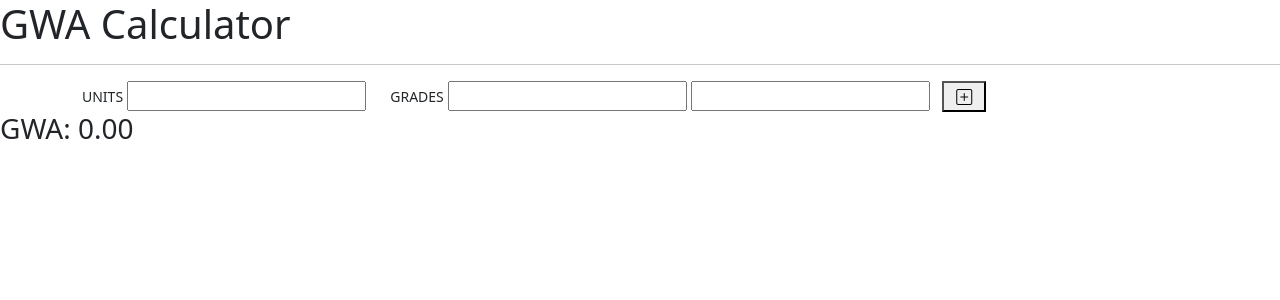
Repository: yonora/GWACalculator
Page: index.html
These files come from the project's save history. The page is drawn as it stood at one moment and after the next save; the edit follows.
The browser window is 1280 px wide. The pictures show the whole page.

Above is the page before, as saved 2025-01-07 23:18:58.

After the next save:
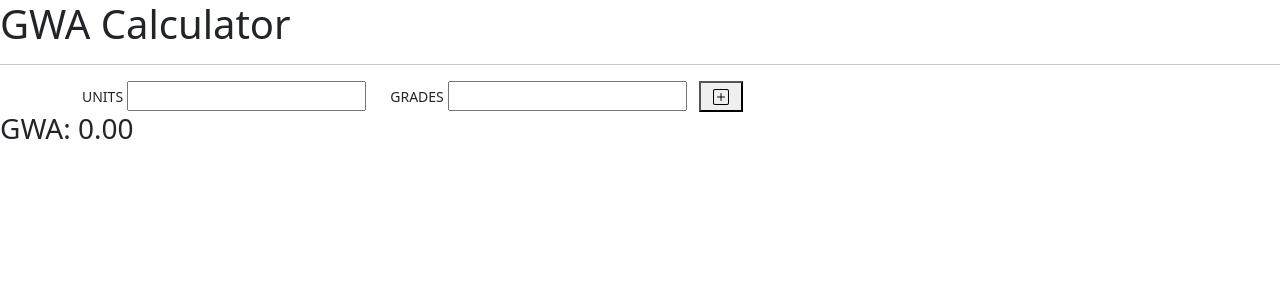
Saved 8 s later.
--- a/index.html
+++ b/index.html
@@ -20,7 +20,6 @@
             <div class="col-auto">
                 <label class="col-form-label-sm">GRADES</label>
                 <input type="text" class="col-form-control grades" oninput="getGWA()">
-                <input type="text" class="col-form-control index" value="">
             </div>
             <button class="col-auto add" onclick="add()"><i class="bi bi-plus-square"></i></button>
         </div>
